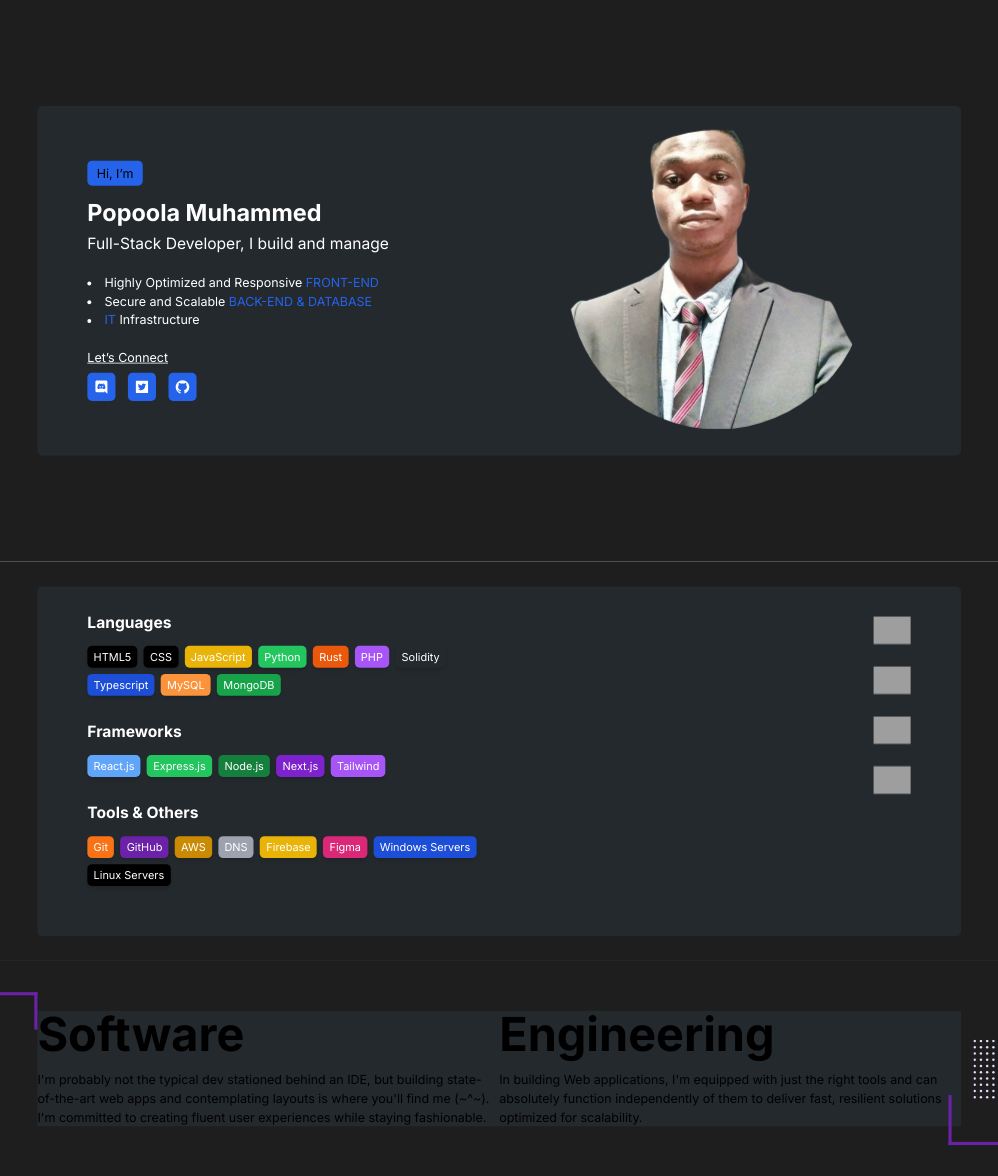
Repository: muhammedctgr/hammedctgr
Page: /
These files come from the project's save history. The page is drawn as it stood at one moment and after the next save; the edit follows.
The browser window is 1280 px wide. The pictures show the whole page, at 78% of full size.
Pictures or frames that could not be fetched are drawn as grey boxes. The project was rebuilt for these pictures with package versions that can differ from the ones it lists, and the page was loaded fresh each time. The framework's server and built-in components were replaced by stand-ins that run in the browser. Also part of the build but not shown: next.config.mjs.

Above is the page before, as saved 2024-08-04 22:26:00.

After the next save:
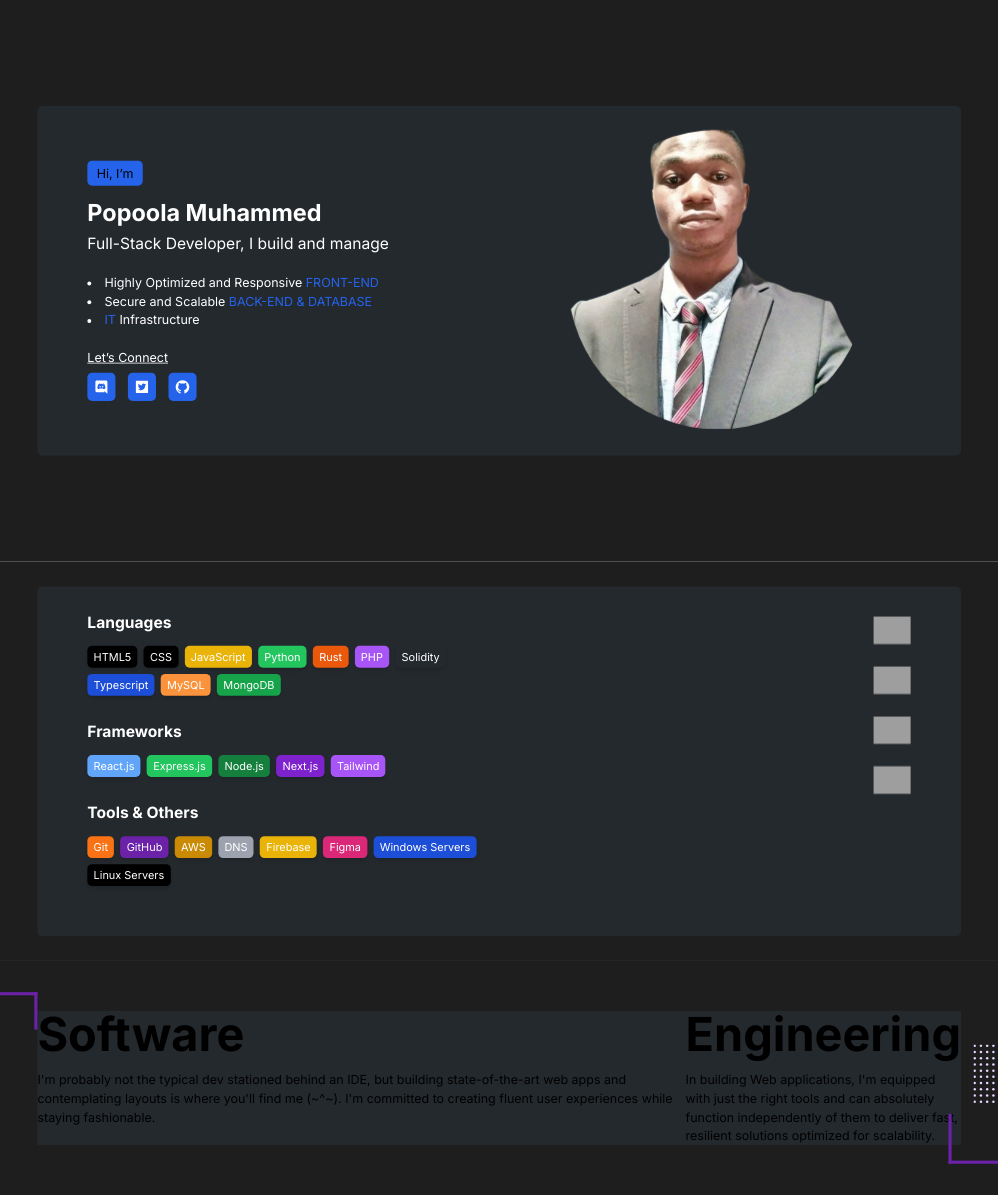
Saved 2 min 58 s later.
--- a/components/SummarySection.tsx
+++ b/components/SummarySection.tsx
@@ -4,7 +4,7 @@ const SummarySection: FC = () => {
   return (
 <section className="px-4 py-16 md:px-8 lg:px-12 bg-gptGray relative overflow-hidden">
   <div className="container bg-githubGray mx-auto flex flex-col md:flex-row justify-between items-start">
-    <div className="md:w-1/2 mb-8 md:mb-0">
+    <div className=" mb-8 md:mb-0">
       <div className="mb-4">
         <span className="text-4xl md:text-6xl font-bold">Software</span>
       </div>
